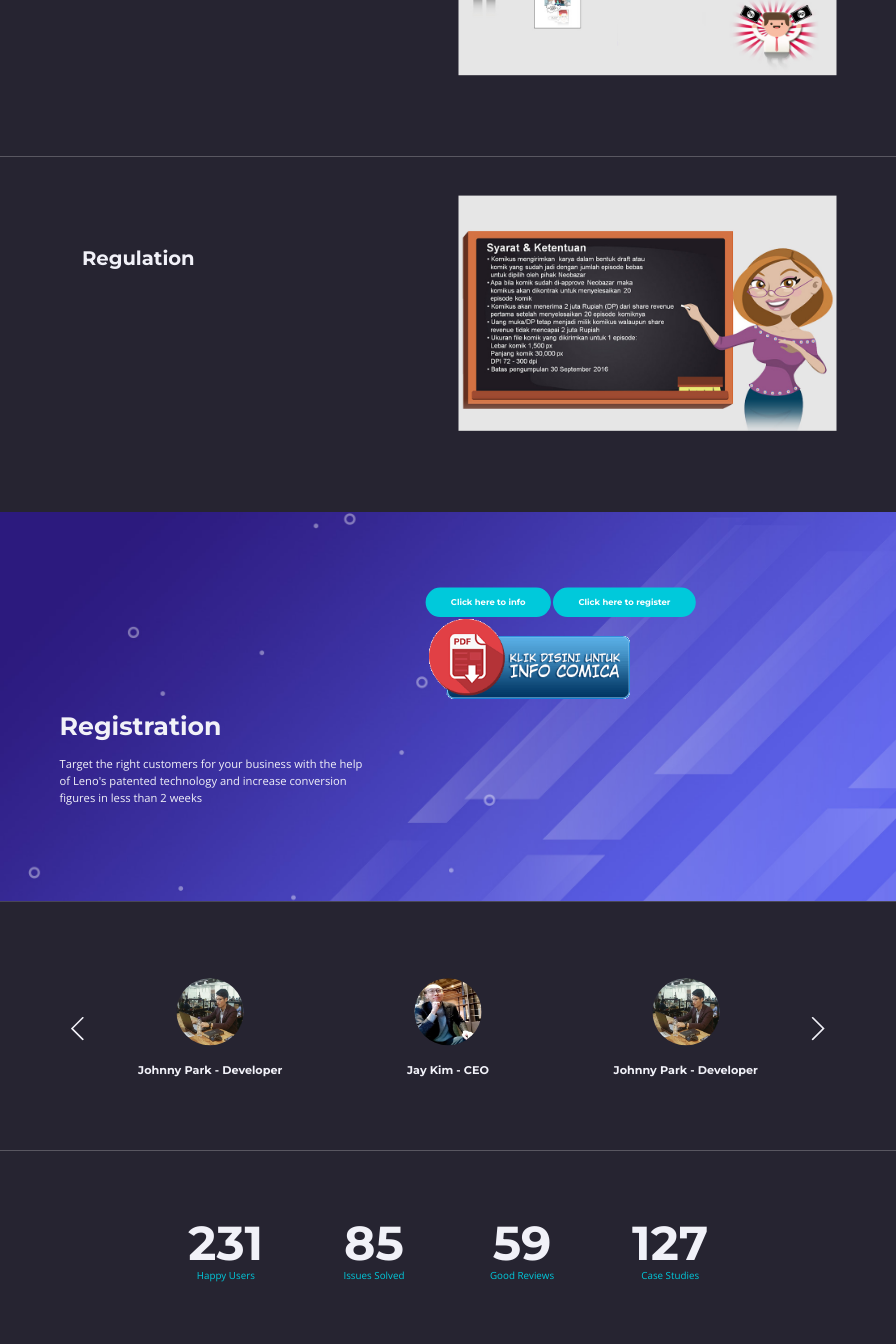
Repository: blackhat97/Homepage
Page: index.html
An editor plug-in stored every save of this project. The page is shown before and after the next save, followed by the edit.
The browser window is 1280 px wide. The pictures show the part of the page from y = 2029 to 3949 px (the page is 4522 px tall), at 70% of full size.

Above is the page before, as saved 2020-04-03 12:43:53.

### index.html
<!DOCTYPE html>
<html lang="en">
<head>
    <meta charset="utf-8">
    <meta name="viewport" content="width=device-width, initial-scale=1, shrink-to-fit=no">

    <!-- SEO Meta Tags -->
    <meta name="description" content="Pakistan Comics Platform">
    <meta name="author" content="tech@wah.app">

    <!-- OG Meta Tags to improve the way the post looks when you share the page on LinkedIn, Facebook, Google+ -->
	<meta property="og:site_name" content="" /> <!-- website name -->
	<meta property="og:site" content="" /> <!-- website link -->
	<meta property="og:title" content=""/> <!-- title shown in the actual shared post -->
	<meta property="og:description" content="" /> <!-- description shown in the actual shared post -->
	<meta property="og:image" content="" /> <!-- image link, make sure it's jpg -->
	<meta property="og:url" content="" /> <!-- where do you want your post to link to -->
	<meta property="og:type" content="article" />

    <!-- Website Title -->
    <title>Wah - Pakistani Webtoon Platform</title>

    <!-- Styles -->
    <link href="https://fonts.googleapis.com/css?family=Montserrat:400,600,700" rel="stylesheet">
    <link href="https://fonts.googleapis.com/css?family=Open+Sans:400,400i,700,700i" rel="stylesheet">
    <link href="css/bootstrap.css" rel="stylesheet">
    <link href="css/fontawesome-all.css" rel="stylesheet">
    <link href="css/swiper.css" rel="stylesheet">
	<link href="css/magnific-popup.css" rel="stylesheet">
	<link href="css/styles.css" rel="stylesheet">

	<!-- Favicon  -->
    <link rel="icon" href="images/favicon.png">
</head>
<body data-spy="scroll" data-target=".fixed-top">

    <!-- Preloader -->
	<div class="spinner-wrapper">
        <div class="spinner">
            <div class="bounce1"></div>
            <div class="bounce2"></div>
            <div class="bounce3"></div>
        </div>
    </div>
    <!-- end of preloader -->


    <!-- Navigation -->
    <nav class="navbar navbar-expand-md navbar-dark navbar-custom fixed-top">

        <!-- Image Logo -->
        <!-- <a class="navbar-brand logo-image" href="index.html"><img src="images/logo.png" alt="alternative"></a> -->

        <!-- Text Logo - Use this if you don't have a graphic logo -->
        <a class="navbar-brand logo-text page-scroll" href="index.html">Wah.app</a>

        <!-- Mobile Menu Toggle Button -->
        <button class="navbar-toggler" type="button" data-toggle="collapse" data-target="#navbarsExampleDefault" aria-controls="navbarsExampleDefault" aria-expanded="false" aria-label="Toggle navigation">
            <span class="navbar-toggler-awesome fas fa-bars"></span>
            <span class="navbar-toggler-awesome fas fa-times"></span>
        </button>
        <!-- end of mobile menu toggle button -->

        <div class="collapse navbar-collapse" id="navbarsExampleDefault">
            <ul class="navbar-nav ml-auto">
                <li class="nav-item">
                    <a class="nav-link page-scroll" href="#header">HOME <span class="sr-only">(current)</span></a>
                </li>
                <li class="nav-item">
                    <a class="nav-link page-scroll" href="#features">FEATURES</a>
                </li>
                <li class="nav-item">
                    <a class="nav-link page-scroll" href="#details">DETAILS</a>
                </li>
                <li class="nav-item">
                    <a class="nav-link page-scroll" href="#contact">CONTACT</a>
                </li>
            </ul>
            <span class="nav-item social-icons">
                <span class="fa-stack">
                    <a href="#your-link">
                        <i class="fas fa-circle fa-stack-2x"></i>
                        <i class="fab fa-facebook-f fa-stack-1x"></i>
                    </a>
                </span>
                <span class="fa-stack">
                    <a href="#your-link">
                        <i class="fas fa-circle fa-stack-2x"></i>
                        <i class="fab fa-twitter fa-stack-1x"></i>
                    </a>
                </span>
            </span>
        </div>
    </nav> <!-- end of navbar -->
    <!-- end of navigation -->


    <!-- Header -->
    <header id="header" class="header">
        <div class="header-content">
            <div class="container">
                <div class="row">
                    <div class="col-lg-6">
                        <div class="text-container">
                            <!--
                            <h1>Fatastic <br>Pakistan <span id="js-rotating">Comics, Novel</span></h1>
                            -->
                            <h1>Muslim No. 1 <br>Webcomics</h1>
                            <p class="p-large">Online webtoon contents platform in Pakistan</p>
                            <!--
                            <a class="btn-solid-lg page-scroll" href="#your-link"><i class="fab fa-apple"></i>APP STORE</a>
                            -->
                            <a class="btn-solid-lg page-scroll" href="http://webcomics.pk" target="_blank"><i class="fab fa-chrome"></i>WEB</a>
                            <a class="btn-solid-lg page-scroll" href="https://play.google.com/store/apps/details?id=app.wah.pkcomics" target="_blank"><i class="fab fa-google-play"></i>PLAY STORE</a>
                        </div>
                    </div> <!-- end of col -->
                    <div class="col-lg-6">
                        <div class="image-container">
                            <img class="img-fluid" src="images/header-iphone.png" alt="alternative">
                        </div> <!-- end of image-container -->
                    </div> <!-- end of col -->
                </div> <!-- end of row -->
            </div> <!-- end of container -->
        </div> <!-- end of header-content -->
    </header> <!-- end of header -->
    <!-- end of header -->

    <!-- Features -->
    <div id="features" class="tabs">
        <div class="container">
            <div class="row">
                <div class="col-lg-12">
                    <h2>Enjoy Comics & Novels Anytime</h2>
                    <div class="p-heading p-large">
                        You can enjoy our contents via the website or Android application. <br>Enjoy out comics & novels anytime.
                    </div>
                </div> <!-- end of col -->
            </div> <!-- end of row -->
            <div class="row">

                <!-- Tabs Links -->
                <ul class="nav nav-tabs" id="lenoTabs" role="tablist">
                    <li class="nav-item">
                        <a class="nav-link active" id="nav-tab-1" data-toggle="tab" href="#tab-1" role="tab" aria-controls="tab-1" aria-selected="true">FEATURES</a>
                    </li>
                </ul>
                <!-- end of tabs links -->


                <!-- Tabs Content-->
                <div class="tab-content" id="lenoTabsContent">

                    <!-- Tab -->
                    <div class="tab-pane fade show active" id="tab-1" role="tabpanel" aria-labelledby="tab-1">
                        <div class="container">
                            <div class="row">

                                <!-- Icon Cards Pane -->
                                <div class="col-lg-4">
                                    <div class="card left-pane first">
                                        <div class="card-body">
                                            <div class="text-wrapper">
                                                <h4 class="card-title">Online Comics</h4>
                                                <p>You can enjoy global hits comics in WebComics anytime anywhere.</p>

                                            </div>
                                            <div class="card-icon">
                                                <i class="far fa-compass"></i>
                                            </div>
                                        </div>
                                    </div>
                                    <div class="card left-pane">
                                        <div class="card-body">
                                            <div class="text-wrapper">
                                                <h4 class="card-title">Online Novels</h4>
                                                <p>Read hundreds of novels from Pakistan best selling writers and publishers.</p>

                                            </div>
                                            <div class="card-icon">
                                                <i class="far fa-file-code"></i>
                                            </div>
                                        </div>
                                    </div>
                                    <!--
                                    <div class="card left-pane">
                                        <div class="card-body">
                                            <div class="text-wrapper">
                                                <h4 class="card-title">Pico Challenge</h4>
                                                <p>Do you wanna be a creator? Let's join the PICO Challenge. You can upload your comics or novels anytime.</p>
                                            </div>
                                            <div class="card-icon">
                                                <i class="far fa-gem"></i>
                                            </div>
                                        </div>
                                    </div>
                                    -->
                                </div>
                                <!-- end of icon cards pane -->

                                <!-- Image Pane -->
                                <div class="col-lg-4">
                                    <img class="img-fluid" src="images/features-iphone-1.png" alt="alternative">
                                </div>
                                <!-- end of image pane -->

                            </div> <!-- end of row -->
                        </div> <!-- end of container -->
                    </div> <!-- end of tab-pane -->
                    <!-- end of tab -->

                </div> <!-- end of tab-content -->
                <!-- end of tabs content -->

            </div> <!-- end of row -->
        </div> <!-- end of container -->
    </div> <!-- end of tabs -->
    <!-- end of features -->

    <!-- Details -->
    <div id="details" class="basic-3">
        <div class="container">
            <div class="row">
                <div class="col-lg-6">
                    <div class="text-container">
                        <h3>System</h3>
                    </div> <!-- end of text-container -->
                </div> <!-- end of col -->
                <div class="col-lg-6">
                    <img class="img-fluid" src="images/comica.jpg" alt="alternative">
                </div> <!-- end of col -->
            </div> <!-- end of row -->
        </div> <!-- end of container -->
    </div> <!-- end of basic-2 -->
    <!-- end of details 1 -->


    <!-- Details 2 -->
    <div class="basic-3">
        <div class="second">
            <div class="container">
                <div class="row">
                    <div class="col-lg-6">
                        <div class="text-container">
                            <h3>Regulation</h3>
                        </div> <!-- end of text-container -->
                    </div> <!-- end of col -->
                    <div class="col-lg-6">
                        <img class="img-fluid" src="images/syarat.jpg" alt="alternative">
                    </div> <!-- end of col -->
                </div> <!-- end of row -->
            </div> <!-- end of container -->
        </div> <!-- end of second -->
    </div> <!-- end of basic-3 -->
    <!-- end of details 2 -->


    <!-- Download -->
    <div class="basic-4">
        <div class="container">
            <div class="row">
                <div class="col-lg-6 col-xl-5">
                    <div class="text-container">
                        <h2>Registration</h2>
                        <p class="p-large">Target the right customers for your business with the help of Leno's patented technology and increase conversion figures in less than 2 weeks</p>
                    </div> <!-- end of text-container -->
                </div> <!-- end of col -->
                <div class="col-lg-6 col-xl-7">
                    <div class="image-container">
                        <a href="https://goo.gl/Tu6C6y" target="_blank">
                            <a class="btn-solid-reg popup-with-move-anim" href="#details-lightbox-1">Click here to info</a>
                        </a>
                        <a href="images/Proposal_Comica.pdf" target="_blank">
                            <a class="btn-solid-reg popup-with-move-anim" href="#details-lightbox-1">Click here to register</a>
                            <img class="img-fluid" src="images/Tombol_download-pdf.png" alt="alternative">
                        </a> <!-- end of img-container -->
                    </div> <!-- end of img-container -->
                </div> <!-- end of col -->
            </div> <!-- end of row -->
        </div> <!-- end of container -->
    </div> <!-- end of basic-4 -->
    <!-- end of download -->

    <!-- Testimonials -->
    <div class="slider-1">
        <div class="container">
            <div class="row">
                <div class="col-lg-12">

                    <!-- Card Slider -->
                    <div class="slider-container">
                        <div class="swiper-container card-slider">
                            <div class="swiper-wrapper">

                                <!-- Slide -->
                                <div class="swiper-slide">
                                    <div class="card">
                                        <img class="card-image" src="images/testimonial-jay.jpg" alt="alternative">
                                        <div class="card-body">
                                            <!--
                                            <p class="testimonial-text">Lorem ipsum dolor sit amet, consectetur adipiscing elit, sed do eiusmod tempor incididunt ut labore et dolore magna aliqua.</p>
                                            -->
                                            <p class="testimonial-author">Jay Kim - CEO</p>
                                        </div>
                                    </div>
                                </div> <!-- end of swiper-slide -->
                                <!-- end of slide -->

                                <!-- Slide -->
                                <div class="swiper-slide">
                                    <div class="card">
                                        <img class="card-image" src="images/testimonial-johnny.jpg" alt="alternative">
                                        <div class="card-body">
                                            <!--
                                            <p class="testimonial-text">Ut enim ad minim veniam, quis nostrud exercitation ullamco laboris nisi ut aliquip ex ea commodo consequat.</p>
                                            -->
                                            <p class="testimonial-author">Johnny Park - Developer</p>
                                        </div>
                                    </div>
                                </div> <!-- end of swiper-slide -->


                                <!-- end of slide -->

                            </div> <!-- end of swiper-wrapper -->

                            <!-- Add Arrows -->
                            <div class="swiper-button-next"></div>
                            <div class="swiper-button-prev"></div>
                            <!-- end of add arrows -->

                        </div> <!-- end of swiper-container -->
                    </div> <!-- end of slider-container -->
                    <!-- end of card slider -->

                </div> <!-- end of col -->
            </div> <!-- end of row -->
        </div> <!-- end of container -->
    </div> <!-- end of slider-1 -->
    <!-- end of testimonials -->


    <!-- Statistics -->
    <div class="counter">
        <div class="container">
            <div class="row">
                <div class="col-lg-12">

                    <!-- Counter -->
                    <div id="counter">
                        <div class="cell">
                            <div class="counter-value number-count" data-count="231">1</div>
                            <p class="counter-info">Happy Users</p>
                        </div>
                        <div class="cell">
                            <div class="counter-value number-count" data-count="85">1</div>
                            <p class="counter-info">Issues Solved</p>
                        </div>
                        <div class="cell">
                            <div class="counter-value number-count" data-count="59">1</div>
                            <p class="counter-info">Good Reviews</p>
                        </div>
                        <div class="cell">
                            <div class="counter-value number-count" data-count="127">1</div>
                            <p class="counter-info">Case Studies</p>
                        </div>
                    </div>
                    <!-- end of counter -->

                </div> <!-- end of col -->
            </div> <!-- end of row -->
        </div> <!-- end of container -->
    </div> <!-- end of counter -->
    <!-- end of statistics -->


    <!-- Contact -->
    <div id="contact" class="form">
        <div class="container">
            <div class="row">
                <div class="col-lg-12">
                    <h2>CONTACT</h2>
                    <ul class="list-unstyled li-space-lg">
                        <li class="address">Don't hesitate to give us a call or just use the contact form below</li>
                        <li><i class="fas fa-map-marker-alt"></i>9F, 12, Daewangpangyo-ro 645beon-gil, Bundang-gu, Seongnam-si, Gyeonggi-do, Republic of Korea</li>
                        <li><i class="fas fa-phone"></i><a class="blue" href="tel:821038076852">+82) 010 3807 6852</a></li>
                        <li><i class="fas fa-envelope"></i><a class="blue" href="mailto:contact@wah.app">contact@wah.app</a></li>
                    </ul>
                </div> <!-- end of col -->
            </div> <!-- end of row -->

            <div class="row">
                <div class="col-lg-6 offset-lg-3">
                    <div class="center">
                        <h4>Social Media</h4>
                        <span class="fa-stack">
                            <a href="https://www.instagram.com/" target="_blank">
                                <i class="fas fa-circle fa-stack-2x"></i>
                                <i class="fab fa-instagram fa-stack-1x"></i>
                            </a>
                        </span>
                        <span class="fa-stack">
                            <a href="https://www.facebook.com/" target="_blank">
                                <i class="fas fa-circle fa-stack-2x"></i>
                                <i class="fab fa-facebook-f fa-stack-1x"></i>
                            </a>
                        </span>
                        <span class="fa-stack">
                            <a href="https://www.youtube.com/" target="_blank">
                                <i class="fas fa-circle fa-stack-2x"></i>
                                <i class="fab fa-youtube fa-stack-1x"></i>
                            </a>
                        </span>
                    </div>
                </div> <!-- end of col -->
            </div> <!-- end of row -->
        </div> <!-- end of container -->
    </div> <!-- end of form -->
    <!-- end of contact -->

    <!-- Copyright -->
    <div class="copyright">
        <div class="container">
            <div class="row">
                <div class="col-lg-12">
                    <p class="p-small">Copyright © 2020 <a href="https://wah.app">Wah</a> - All rights reserved</p>
                </div> <!-- end of col -->
            </div> <!-- enf of row -->
        </div> <!-- end of container -->
    </div> <!-- end of copyright -->
    <!-- end of copyright -->


    <!-- Scripts -->
    <script src="js/jquery.min.js"></script> <!-- jQuery for Bootstrap's JavaScript plugins -->
    <script src="js/popper.min.js"></script> <!-- Popper tooltip library for Bootstrap -->
    <script src="js/bootstrap.min.js"></script> <!-- Bootstrap framework -->
    <script src="js/jquery.easing.min.js"></script> <!-- jQuery Easing for smooth scrolling between anchors -->
    <script src="js/swiper.min.js"></script> <!-- Swiper for image and text sliders -->
    <script src="js/jquery.magnific-popup.js"></script> <!-- Magnific Popup for lightboxes -->
    <script src="js/morphext.min.js"></script> <!-- Morphtext rotating text in the header -->
    <script src="js/validator.min.js"></script> <!-- Validator.js - Bootstrap plugin that validates forms -->
    <script src="js/scripts.js"></script> <!-- Custom scripts -->
</body>
</html>

Loaded but not shown: css/bootstrap.css (library); css/fontawesome-all.css (library); css/swiper.css (library); css/magnific-popup.css (library); js/jquery.min.js (library); js/popper.min.js (library); js/bootstrap.min.js (library); js/jquery.easing.min.js (library); js/swiper.min.js (library); js/jquery.magnific-popup.js (library); js/morphext.min.js (common file); js/validator.min.js (library); js/scripts.js (375 lines, source omitted); css/styles.css (2131 lines, source omitted)

After the next save:
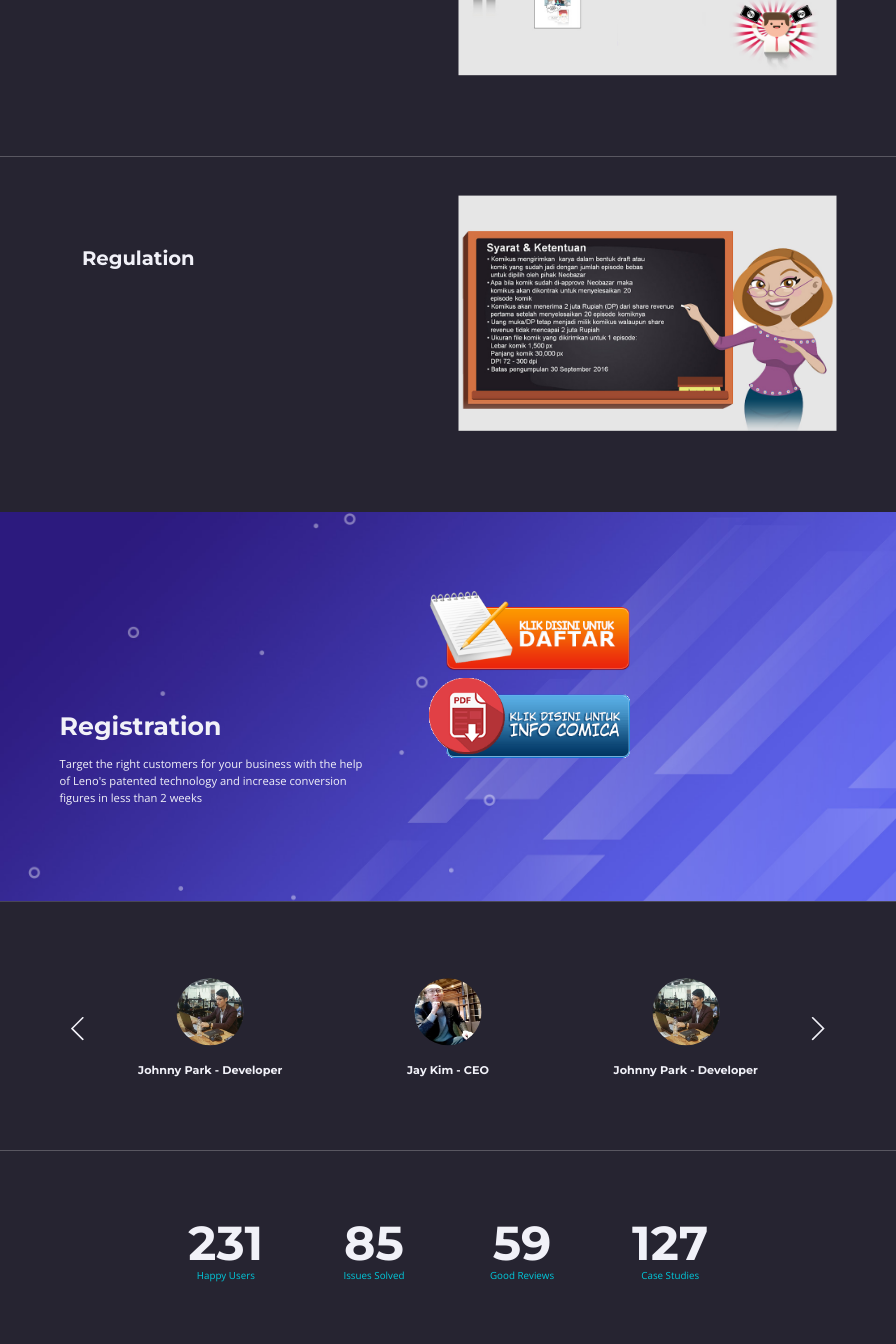
Saved 82 s later.
--- a/index.html
+++ b/index.html
@@ -267,11 +267,10 @@
                 <div class="col-lg-6 col-xl-7">
                     <div class="image-container">
                         <a href="https://goo.gl/Tu6C6y" target="_blank">
-                            <a class="btn-solid-reg popup-with-move-anim" href="#details-lightbox-1">Click here to info</a>
+                            <img src="images/daftar.png" alt="alternative" title="Click here to register">
                         </a>
                         <a href="images/Proposal_Comica.pdf" target="_blank">
-                            <a class="btn-solid-reg popup-with-move-anim" href="#details-lightbox-1">Click here to register</a>
-                            <img class="img-fluid" src="images/Tombol_download-pdf.png" alt="alternative">
+                            <img class="img-fluid" src="images/Tombol_download-pdf.png" alt="alternative" title="Click here for comica info">
                         </a> <!-- end of img-container -->
                     </div> <!-- end of img-container -->
                 </div> <!-- end of col -->
